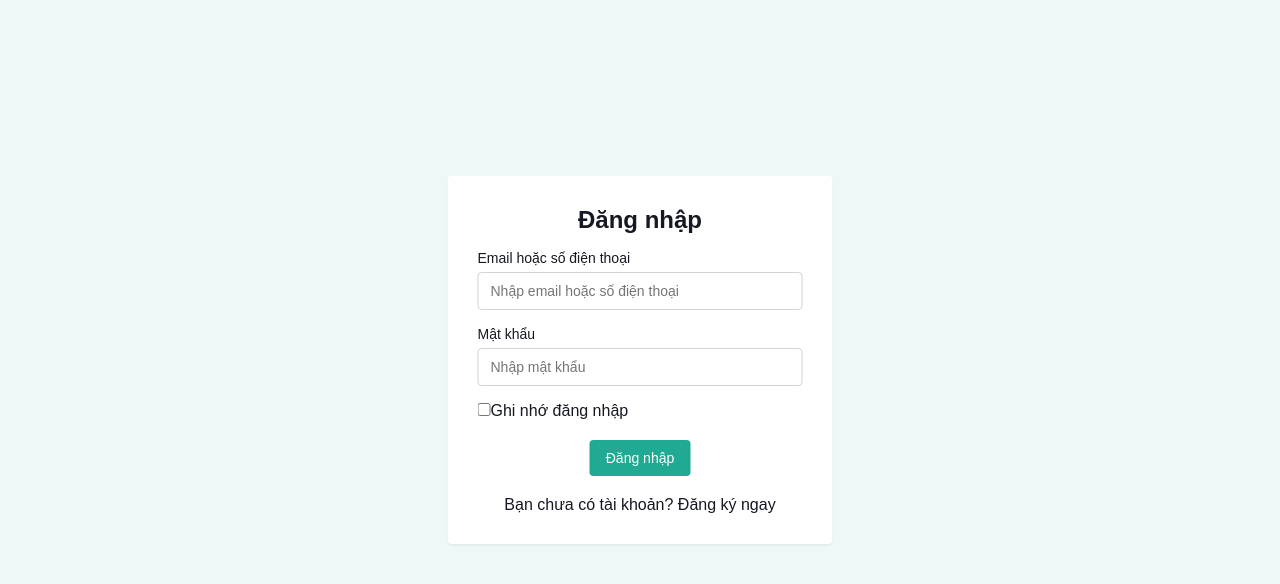
Repository: ntq25012002/chat-app
Page: /login
These files come from the project's save history. The page is drawn as it stood at one moment and after the next save; the edit follows.
The browser window is 1280 px wide. The pictures show the whole page.
The project was rebuilt for these pictures with package versions that can differ from the ones it lists, and the page was loaded fresh each time. Also part of the build but not shown: src/pages/Home/index.js, src/pages/Profile/index.js, src/layouts/components/SideBar/index.js, src/layouts/DefaultLayout/index.js.

Above is the page before, as saved 2023-05-19 11:14:40.

### src/index.js
import React from 'react';
import ReactDOM from 'react-dom/client';
// import './index.css';
import App from './App';
import reportWebVitals from './reportWebVitals';
import GlobalStyles from '~/components/GlobalStyles';

const root = ReactDOM.createRoot(document.getElementById('root'));
root.render(
  <React.StrictMode>
    <GlobalStyles>
      <App />
    </GlobalStyles>
  </React.StrictMode>
);

// If you want to start measuring performance in your app, pass a function
// to log results (for example: reportWebVitals(console.log))
// or send to an analytics endpoint. Learn more: https://bit.ly/CRA-vitals
reportWebVitals();

### src/App.js
// import logo from './logo.svg';
import './App.css';
import React, {Fragment} from 'react';
import { BrowserRouter as Router, Routes, Route } from 'react-router-dom';
import {publicRoutes, privateRoutes} from '~/routes';
import DefaultLayout from '~/layouts/DefaultLayout';
function App() {
  return (
    <Router>
      <div className="App">
          <Routes>
            {
              publicRoutes.map((route, index) => {
                const Page = route.component;
                let Layout = DefaultLayout;
                if(route.layout) {
                  Layout = route.layout;
                }else if(route.layout === null) {
                  Layout = Fragment;
                }

                return (
                  <Route
                      key={index}
                      path={route.path}
                      element={
                        <Layout>
                          <Page />
                        </Layout>
                      }
                    />
                )
              })
            }

          </Routes>
      </div>
    </Router>
  );
}

export default App;

### src/components/GlobalStyles/index.js
import styles from '~/components/GlobalStyles/GlobalStyle.scss';

function GlobalStyles({ children }) {
    return children
}

export default GlobalStyles;

### src/routes/index.js
import Home from '~/pages/Home'
import Login from '~/pages/Login'
import Profile from '~/pages/Profile'

const publicRoutes = [
    {path: '/', component: Home},
    {path: '/profile', component: Profile},
    {path: '/login', component: Login, layout: null},
]

const privateRoutes = [
    // {route: '/dashboard', component: Dashboard},
]

export {publicRoutes, privateRoutes}

### src/components/GlobalStyles/GlobalStyle.scss
@import url("https://fonts.googleapis.com/css2?family=Poppins:wght@200;300;400;500;600;700&display=swap");

$heightHeader: 60px;
$widthPage: 100%;
$textColorPrimary: #161823;
$colorPrimary: #FE2C55;
$textColorSecond: #161823bf;

:root {
    --width-page: 100%;
    --height-header: 60px;
    --color-primary: #FE2C55;
    --text-color-primary: #161823;
    --text-coloe-second: #161823bf;
    --color-white: #FFFFFFFF;
    --border-color: #0000001f;
    --background-hover: rgb(22 24 35 / 3%);
}

html {
    font-size:62.5%
}

* {
    margin: 0;
    padding: 0;
    box-sizing: border-box;
}

body {
    // font-family: 'Montserrat', sans-serif;
    // font-family: 'Roboto', sans-serif;
    font-family: ProximaNova, Arial, Tahoma, PingFangSC, sans-serif;
    font-size: 1.6rem;
    text-rendering: optimizeSpeed;
    color: $textColorPrimary;
}

button, input, [tabindex] {
    border: none;
    outline: none;
}

a[href] {
    color: $textColorPrimary;
    text-decoration: none;
}

.wrapper {
    margin: 0 auto;
    display: flex;
    align-items: space-between;
    flex-direction: column;
}

.container {
    max-width: $widthPage;
    width: $widthPage;
    margin: 0 auto;
    display: flex;
}

.text-left {
    text-align: left;
}
.text-center {
    text-align: center;
}
.d-block {
    display: block;
}
.d-flex {
    display: flex;
}
.flex-column {
    flex-direction: column;
}
.justify-content-center {
    justify-content: center;
}

.justify-content-between {
    justify-content: space-between;
}

.justify-content-start {
    justify-content: start;
}

// BUTTON

.btn {
    padding: 10px 14px;
    border-radius: 4px;
}

### src/pages/Login/index.js
import React from 'react';
import classNames from 'classnames/bind';
import styles from './Login.module.scss';
import images from '~/assets/images'

const cx = classNames.bind(styles);
function Login() {
    return (
            <div className={cx('wrapper')}>
                <div className={cx('content')} >
                    <img src={images.bg_login} alt="" />
                    <div className={cx('form-container')}>
                        <div className={cx('title')}>
                            <h2>Đăng nhập</h2>
                        </div>
                        <form className={cx('form form-register')}>
                            <div className={cx('form-group')}>
                                <label className={cx('form-label')}>Email hoặc số điện thoại</label>
                                <input type="text" className={cx('form-control')} placeholder='Nhập email hoặc số điện thoại'/>
                            </div>
                            <div className={cx('form-group')}>
                                <label className={cx('form-label')}>Mật khẩu</label>
                                <input type="password" className={cx('form-control')} placeholder='Nhập mật khẩu'/>
                            </div>
                            <div className='d-flex'>
                                <div className={cx('form-control')}>
                                    <input type="checkbox" />
                                    <label>Ghi nhớ đăng nhập</label>
                                </div>
                            </div>
                            <button className={cx('btn-submit')}>Đăng nhập</button>

                            <div>
                                <span>Bạn chưa có tài khoản? </span> <a href="" className={cx('register_link')}>Đăng ký ngay</a>
                            </div>
                        </form>
                    </div>
                </div>
            </div>
        );
}

export default Login;

### src/pages/Login/Login.module.scss
.wrapper {
    background-color: rgb(237, 249, 249);
}
.content {
    height: 100vh;
    display: flex;
    justify-content: center;
    align-items: center;
    flex-direction: column;
    position: relative;

    .form-container {
        position: absolute;
        top: 50%;
        left: 50%;
        transform: translate(-50%, -50%);
        box-shadow: 0 0.125rem 0.25rem rgba(0,0,0,0.075);
        padding: 30px;
        background-color: #ffffff;
        border-radius: 4px;
        .title {
            margin-bottom: 16px;
        }
        .form-group {
            display: flex;
            flex-direction: column;
            .form-label {
                text-align: left;
                font-size: 14px;
                margin-bottom: 6px;
            }
            .form-control {
                padding: 10px 12px;
                border: 1px solid #ced4da;
                border-radius: 4px;
                font-size: 14px;
                min-width: 325px;
                margin-bottom: 16px;
                &:focus {
                    border: 1px solid #21aa93;

                    outline: #21aa93;
                }
            }
        }
        .btn-submit {
            margin-top: 20px;
            margin-bottom: 20px;
            padding: 10px 16px;
            font-size: 14px;
            border-radius: 4px;
            background-color: #21aa93;
            color: #ffffff;

            &:hover {
                background-color: darken(#21aa93, 10%);
                cursor: pointer;
            }
        }
    }
}

### src/assets/images/index.js
const images = {
    // logo: require('~/assets/images/logo.svg').default,
    bg_login: require('~/assets/images/signin-img-cyan.svg').default
}

export default images;

Loaded but not shown: public/index.html (common file); src/reportWebVitals.js (common file); src/App.css (common file)

After the next save:
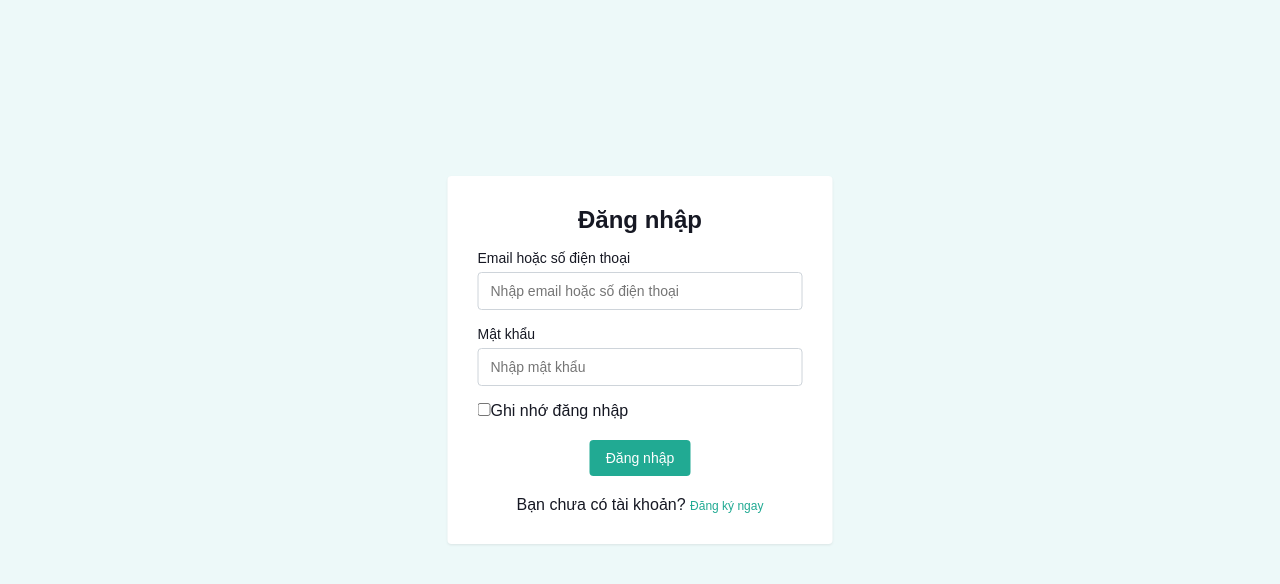
Saved 44 s later.
--- a/src/pages/Login/Login.module.scss
+++ b/src/pages/Login/Login.module.scss
@@ -57,5 +57,9 @@
                 cursor: pointer;
             }
         }
+        .register_link {
+            font-size: 12px;
+            color: #21aa93;
+        }
     }
 }
